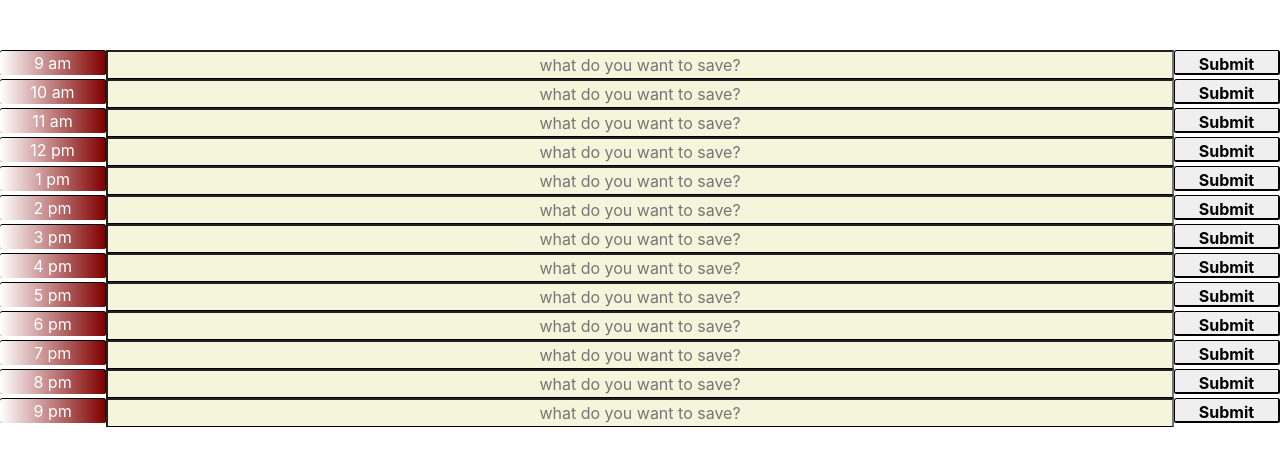
Repository: kkyler24/DayPlanner
Page: Index.html
The author's editor kept a copy of each file at every save. The page is drawn from the files as they stood at one save, then again after the next save.
The browser window is 1280 px wide. The pictures show the whole page.
Some web libraries are served in a nearby version.

Above is the page before, as saved 2020-03-31 13:53:08.
Console error: ReferenceError: textArr is not defined

### Index.html
<!DOCTYPE html>
<html lang="en">
<head>
    <meta charset="UTF-8">
    <meta name="viewport" content="width=device-width, initial-scale=1.0">
    <!-- Style Sheets -->
    <link rel="stylesheet" href="https://maxcdn.bootstrapcdn.com/bootstrap/4.0.0/css/bootstrap.min.css" integrity="sha384-Gn5384xqQ1aoWXA+058RXPxPg6fy4IWvTNh0E263XmFcJlSAwiGgFAW/dAiS6JXm" crossorigin="anonymous">
    <link rel="stylesheet" type="text/CSS" href="Assets/todocss/todostyles.css">
    <link rel="stylesheet"  type="text/CSS" href="style.css">
    <title>Planner</title>
</head>
<body>
<Main>

<!--Todolist todo list Set up -->
<Div style="display: none">
<Section>
    <div id="ContainerTodo">
        <H1>Today's To-Do List</H1>
        <input type="text">
        <ul>
            <li><span>X</span> Go to Gym</li>
            <li><span>X</span> Finish H.W</li>
            <li><span>X</span> Take over the World</li>
        </ul>


         </div>
 <!-- calendar set up -->
    <div class="container col-sm-4 col-md-7 col-lg-4 mt-5">
        <div class="card">
            <h3 class="card-header" id="monthAndYear"></h3>
            <table class="table table-bordered table-responsive-md" id="calendar">
                <thead>
                <tr>
                    <th>Sun</th>
                    <th>Mon</th>
                    <th>Tue</th>
                    <th>Wed</th>
                    <th>Thu</th>
                    <th>Fri</th>
                    <th>Sat</th>
                </tr>
                </thead>

                <tbody id="calendar-body">

                </tbody>
            </table>

            <div class="form-inline">

                <button class="btn btn-outline-primary col-sm-6" id="previous" onclick="previous()">Previous</button>

                <button class="btn btn-outline-primary col-sm-6" id="next" onclick="next()">Next</button>
            </div>
            <br/>
            <form class="form-inline">
                <label class="lead mr-2 ml-2" for="month">Jump To: </label>
                <select class="form-control col-sm-4" name="month" id="month" onchange="jump()">
                    <option value=0>Jan</option>
                    <option value=1>Feb</option>
                    <option value=2>Mar</option>
                    <option value=3>Apr</option>
                    <option value=4>May</option>
                    <option value=5>Jun</option>
                    <option value=6>Jul</option>
                    <option value=7>Aug</option>
                    <option value=8>Sep</option>
                    <option value=9>Oct</option>
                    <option value=10>Nov</option>
                    <option value=11>Dec</option>
                </select>


                <label for="year"></label><select class="form-control col-sm-4" name="year" id="year" onchange="jump()">

                <option value=2020>2020</option>
                <option value=2021>2021</option>
                <option value=2022>2022</option>
                <option value=2023>2023</option>
                <option value=2024>2024</option>
                <option value=2025>2025</option>
                <option value=2026>2026</option>
                <option value=2027>2027</option>
                <option value=2028>2028</option>
                <option value=2029>2029</option>
                <option value=2030>2030</option>
                <option value=2030>2030</option>
                <option value=2030>2030</option>
                <option value=2030>2030</option>
                <option value=2030>2030</option>
            </select></form>
        </div>
    </div>
    <!--<button name="jump" onclick="jump()">Go</button>-->
</sectiontwo>

<!-- <----Scheduler -->
</Div>
<div id="date"></div>
<div>
    <form onsubmit="timeSubmit(event)">
    <div class="column-small left">9 am</div>
    <input data-time="9"class="column-large middle" placeholder="what do you want to save?"/>
    <button type="submit" class="column-small right button"><strong>Submit</strong></button>
    </form>
    <form onsubmit="timeSubmit(event)">
    <div class="column-small left">10 am</div>
    <input data-time="10" class="column-large middle" placeholder="what do you want to save?">
    <button class="column-small right button"><strong>Submit</strong></button>
    </form>
    <form onsubmit="timeSubmit(event)">
    <div class="column-small left">11 am</div>
    <input data-time="11" class="column-large middle" placeholder="what do you want to save?">
    <button class="column-small right button"><strong>Submit</strong></button>
    </form>
    <form onsubmit="timeSubmit(event)">
    <div class="column-small left">12 pm</div>
    <input class="column-large middle" placeholder="what do you want to save?">
    <button class="column-small right button"><strong>Submit</strong></button>
    </form>
    <form onsubmit="timeSubmit(event)">
    <div class="column-small left">1 pm</div>
    <input class="column-large middle" placeholder="what do you want to save?">
    <button class="column-small right button"><strong>Submit</strong></button>
    </form>
    <form onsubmit="timeSubmit(event)">
    <div class="column-small left">2 pm</div>
    <input class="column-large middle" placeholder="what do you want to save?">
    <button class="column-small right button"><strong>Submit</strong></button>
    </form>
    <form onsubmit="timeSubmit(event)">
    <div class="column-small left">3 pm</div>
    <input class="column-large middle" placeholder="what do you want to save?">
    <button class="column-small right button"><strong>Submit</strong></button>
    </form>
    <form onsubmit="timeSubmit(event)">
    <div class="column-small left">4 pm</div>
    <input class="column-large middle" placeholder="what do you want to save?">
    <button class="column-small right button"><strong>Submit</strong></button>
    </form>
    <form onsubmit="timeSubmit(event)">
    <div class="column-small left">5 pm</div>
    <input class="column-large middle" placeholder="what do you want to save?">
    <button class="column-small right button"><strong>Submit</strong></button>
    </form>
    <form onsubmit="timeSubmit(event)">
    <div class="column-small left">6 pm</div>
    <input class="column-large middle" placeholder="what do you want to save?">
    <button class="column-small right button"><strong>Submit</strong></button>
    </form>
    <form onsubmit="timeSubmit(event)">
    <div class="column-small left">7 pm</div>
    <input class="column-large middle" placeholder="what do you want to save?">
    <button class="column-small right button"><strong>Submit</strong></button>
    </form>
    <form onsubmit="timeSubmit(event)">
    <div class="column-small left">8 pm</div>
    <input class="column-large middle" placeholder="what do you want to save?">
    <button class="column-small right button"><strong>Submit</strong></button>
    </form>
    <form onsubmit="timeSubmit(event)">
    <div class="column-small left">9 pm</div>
    <input class="column-large middle" placeholder="what do you want to save?">
    <button class="column-small right button"><strong>Submit</strong></button>
    </form>
      </div>

    </Div>
</Div>

</Main>

<script src="https://code.jquery.com/jquery-3.2.1.slim.min.js" integrity="sha384-KJ3o2DKtIkvYIK3UENzmM7KCkRr/rE9/Qpg6aAZGJwFDMVNA/GpGFF93hXpG5KkN" crossorigin="anonymous"></script>
<script src="https://cdnjs.cloudflare.com/ajax/libs/popper.js/1.12.9/umd/popper.min.js" integrity="sha384-ApNbgh9B+Y1QKtv3Rn7W3mgPxhU9K/ScQsAP7hUibX39j7fakFPskvXusvfa0b4Q" crossorigin="anonymous"></script>
<script src="https://maxcdn.bootstrapcdn.com/bootstrap/4.0.0/js/bootstrap.min.js" integrity="sha384-JZR6Spejh4U02d8jOt6vLEHfe/JQGiRRSQQxSfFWpi1MquVdAyjUar5+76PVCmYl" crossorigin="anonymous"></script>
<script <script src="https://cdnjs.cloudflare.com/ajax/libs/moment.js/2.24.0/moment.min.js"></script>
<script type="text/javascript" src="javascript.js"></script>
<script type="text/javascript" src="Assets/todo JS/todo.js"></script>
</body>
</html>

### Assets/todocss/todostyles.css
/* #ContainerTodo{
  border: 2px solid teal ;
  border-radius:10px ;
  width: 400px;
  margin-top:3rem;
  margin-left:200px ;
  float: left;

} */


Planner

.past{
  background-color: grey;
}
.present {
  background-color: red;
}
.future {
  background-color: green;
}
.column-small {
  flex-grow: 1;
  display: inline-block;
  text-align: center;
  height: 25px;
  width: 25px;
  border-top: 1px solid black;
  border-radius: 2.5px;
}
.column-large {
  flex-grow: 10;
  display: inline-block;
  text-align: center;
}
.left {
  border-right: 1px solid black;
  background-color: maroon;
  color: white;
  background-image: linear-gradient(to right, white, maroon);
}
.right {
  border-left: 1px solid black;
  cursor: pointer;
}
.middle {
  border-bottom: 1px solid black;
  background-color: beige;
}
#date {
  margin: auto;
  text-align: center;
  height: 50px;
  width: 50%;
  font-weight: bold;
  font-size: 1.3em;
}
form {
  display: flex;
}

### style.css
/* .container{
    margin-right: 150px;
    margin-top: 3rem;
    float: left;
    border: 2px solid teal;
    border-radius: 10px;
} */

### javascript.js
let today = new Date();
let currentMonth = today.getMonth();
let currentYear = today.getFullYear();
let selectYear = document.getElementById("year");
let selectMonth = document.getElementById("month");


let months = ["January", "February", "March", "April", "May", "June", "July", "August", "September", "October", "November", "December"];

let monthAndYear = document.getElementById("monthAndYear");
showCalendar(currentMonth, currentYear);

function showCalendar(month, year){

    let firstDay =(new Date(year, month)).getDay();
    let daysInMonth = 32- new Date(year, month, 32).getDate();

    // -->body of the Calendar<--
    let tbl = document.getElementById("calendar-body");


// -->clear previous cells, for new month<--
    tbl.innerHTML="";

    monthAndYear.innerHTML= months[months]+" "+ year;

    // --> create cells for Calendar<--
    let date = 1;
    for(let i = 0; i < 6; i++){
        let row  = document.createElement("tr");
        // --> creating table rows. not really sure about the 6 part. inquire why you need a 6 and not a 7-->

        // creating indivdual cells, and putting data in them.

        for(let j = 0; j < 7; j++){
            if(i===0 && j< firstDay){
                let cell = document.createElement("td");
                let cellText = document.createTextNode("");
                cell.appendChild(cellText);
                row.appendChild(cell);
            }
            else if(date > daysInMonth)
             { break;

        }
        else {
            let cell = document.createElement("td");
            let cellText = document.createTextNode(date);
            if(date ===today.getDate() && year === today.getFullYear() && month === today.getMonth()){
                cell.classList.add
                // --> bootstrap colors, try to get a wider variety of colors <--
                ("bg-info");
            }
            cell.appendChild(cellText);
            row.appendChild(cell);


        }
        date++;

        }

        tbl.appendChild(row);

    }

}

function previous(){
    currentYear =( currentMonth === 0)? currentYear -1 : currentYear;
    currentMonth = currentMonth === 0? 11:currentMonth-1;
    showCalendar(currentMonth, currentYear);
}

function next(){
    currentYear = (currentMonth ===11)? currentYear + 1: currentYear;
    currentMonth = (currentMonth + 1) % 12;
    showCalendar (currentMonth, currentYear);

}
// To do list set up

### Assets/todo JS/todo.js
// check off to do list items and change colors for different stages// in progress<--
$("li").dblclick(function () {
        if($(this).css("color") === "rgb(11, 209, 170)"){
            $(this).css({
                color: "gray",
                textDecoration: "line-through"
            });
        }
        else{
            $(this).css({
            color: "rgb(11, 209, 170)",
            textDecoration: "none",
            fontWeight: "bold"
        });
    }
});

$("li").click(function () {
    // if Li is grey how do we change it back to black?
    if($(this).css("color") === "rgb(128, 128, 128)"){
        $(this).css({
            color: "black",
            textDecoration: "none"
        });
    }
    else{
        $(this).css({
        color: "gray",
        textDecoration: "line-through"
    });
}
});

// --->planner<--

// var date = document.getElementById("date");
// var dateOfMonth = moment().date(String).local().format("dddd, MMMM Do YYYY");
// console.log(dateOfMonth)
// var presentTime;
// date.append(dateOfMonth);


// var dataInput;
// var key = new Object(); // {}
// //var key ={}

// var newElement;

// function timeSubmit(evt){
//     evt.preventDefault();
//     dataInput = evt.target.children[1].value;
//     key[evt.target.children[0].innerText] = dataInput;
//     localStorage.setItem(evt.target.innerText, dataInput);
//     console.log(key);
// }


// var left = document.getElementsByClassName("left");
// var timeArray = [...document.querySelectorAll('.left')];
// timeArray.forEach(function(element){
//     var time = $(element);
//     var times = time.siblings()[0];
//     var text = time.html();
//     if (text.length === 4){
//         text = text.slice(0,1);
//     } else if
//     (text.length === 5){
//         text = text.slice(0,2);
//     }
//     if (text > presentTime){
//         times.setAttribute("class", "future");
//     } else if (text < presentTime){
//         times.setAttribute("class", "past");
//     } else if (text === presentTime){
//         times.setAttribute("class", "present");
//     }
// })

// $('.left').each(element =>{

//     var time = $(element);
//     var times = time.siblings()[0];
//     var text = time.html();
//     if (text.length === 4){
//         text = text.slice(0,1);
//     } else if
//     (text.length === 5){
//         text = text.slice(0,2);
//     }
//     if (text > presentTime){
//         times.setAttribute("class", "future");
//     } else if (text < presentTime){
//         times.setAttribute("class", "past");
//     } else if (text === presentTime){
//         times.setAttribute("class", "present");
//     }
// } )
// var textAreas = [...document.querySelectorAll('.middle')];



// var presentTime = moment().format('h');


// textAreas.forEach(function(element){
//     var text = element.innerHTML;
//     console.log(element.target)

//     console.log()
//     if (text.length === 4){
//         text = text.slice(0,1);// grabs 1 value index 0
//     } else if
//     (text.length === 5){
//         text = text.slice(0,2);/// grab from index 0 up to 2 but not including 2
//     }
//     if (text > presentTime){

//     }
// })
// var text;
// var textArr = [];
// for (var i = 0; i < left.length; i++){
//     text = left[i].innerHTML;
//     if (text.length === 4){
//         text = text.slice(0,1);
//     } else if
//     (text.length === 5){
//         text = text.slice(0,2);
//     }
//     textArr.push(text);
// }
// presentTime = moment().format('hmm');
// textArr.forEach(function(element){
//     newElement = element.concat("00");
//     console.log(newElement);
// })



$('.middle').each(element => {
    console.log($(this).attr("data-time"))
    console.log(element.target);
})


textArr.forEach(function(time){
    if(presentTime > time){

    }
})

After the next save:
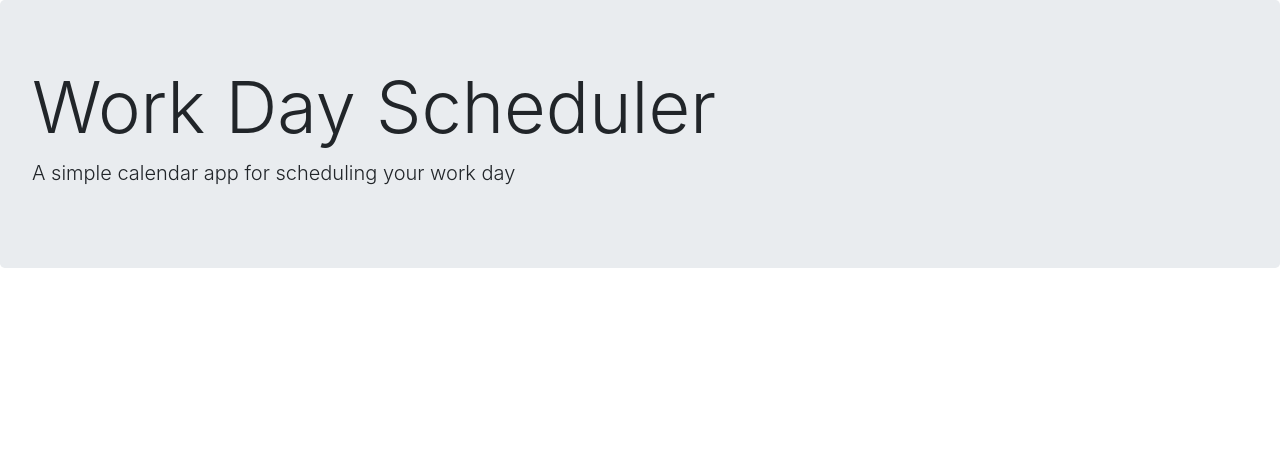
Saved 47 h 21 min later.
--- a/Index.html
+++ b/Index.html
@@ -11,6 +11,17 @@
 </head>
 <body>
 <Main>
+    <!-- <----Scheduler -->
+    <header class="jumbotron">
+        <h1 class="display-3">Work Day Scheduler</h1>
+        <p class="lead">A simple calendar app for scheduling your work day</p>
+        <p id="currentDay" class="lead"></p>
+    </header>
+      <div class="container">
+        <!-- Timeblocks go here -->
+      </div>
+
+
 
 <!--Todolist todo list Set up -->
 <Div style="display: none">
@@ -96,80 +107,6 @@
     <!--<button name="jump" onclick="jump()">Go</button>-->
 </sectiontwo>
 
-<!-- <----Scheduler -->
-</Div>
-<div id="date"></div>
-<div>
-    <form onsubmit="timeSubmit(event)">
-    <div class="column-small left">9 am</div>
-    <input data-time="9"class="column-large middle" placeholder="what do you want to save?"/>
-    <button type="submit" class="column-small right button"><strong>Submit</strong></button>
-    </form>
-    <form onsubmit="timeSubmit(event)">
-    <div class="column-small left">10 am</div>
-    <input data-time="10" class="column-large middle" placeholder="what do you want to save?">
-    <button class="column-small right button"><strong>Submit</strong></button>
-    </form>
-    <form onsubmit="timeSubmit(event)">
-    <div class="column-small left">11 am</div>
-    <input data-time="11" class="column-large middle" placeholder="what do you want to save?">
-    <button class="column-small right button"><strong>Submit</strong></button>
-    </form>
-    <form onsubmit="timeSubmit(event)">
-    <div class="column-small left">12 pm</div>
-    <input class="column-large middle" placeholder="what do you want to save?">
-    <button class="column-small right button"><strong>Submit</strong></button>
-    </form>
-    <form onsubmit="timeSubmit(event)">
-    <div class="column-small left">1 pm</div>
-    <input class="column-large middle" placeholder="what do you want to save?">
-    <button class="column-small right button"><strong>Submit</strong></button>
-    </form>
-    <form onsubmit="timeSubmit(event)">
-    <div class="column-small left">2 pm</div>
-    <input class="column-large middle" placeholder="what do you want to save?">
-    <button class="column-small right button"><strong>Submit</strong></button>
-    </form>
-    <form onsubmit="timeSubmit(event)">
-    <div class="column-small left">3 pm</div>
-    <input class="column-large middle" placeholder="what do you want to save?">
-    <button class="column-small right button"><strong>Submit</strong></button>
-    </form>
-    <form onsubmit="timeSubmit(event)">
-    <div class="column-small left">4 pm</div>
-    <input class="column-large middle" placeholder="what do you want to save?">
-    <button class="column-small right button"><strong>Submit</strong></button>
-    </form>
-    <form onsubmit="timeSubmit(event)">
-    <div class="column-small left">5 pm</div>
-    <input class="column-large middle" placeholder="what do you want to save?">
-    <button class="column-small right button"><strong>Submit</strong></button>
-    </form>
-    <form onsubmit="timeSubmit(event)">
-    <div class="column-small left">6 pm</div>
-    <input class="column-large middle" placeholder="what do you want to save?">
-    <button class="column-small right button"><strong>Submit</strong></button>
-    </form>
-    <form onsubmit="timeSubmit(event)">
-    <div class="column-small left">7 pm</div>
-    <input class="column-large middle" placeholder="what do you want to save?">
-    <button class="column-small right button"><strong>Submit</strong></button>
-    </form>
-    <form onsubmit="timeSubmit(event)">
-    <div class="column-small left">8 pm</div>
-    <input class="column-large middle" placeholder="what do you want to save?">
-    <button class="column-small right button"><strong>Submit</strong></button>
-    </form>
-    <form onsubmit="timeSubmit(event)">
-    <div class="column-small left">9 pm</div>
-    <input class="column-large middle" placeholder="what do you want to save?">
-    <button class="column-small right button"><strong>Submit</strong></button>
-    </form>
-      </div>
-
-    </Div>
-</Div>
-
 </Main>
 
 <script src="https://code.jquery.com/jquery-3.2.1.slim.min.js" integrity="sha384-KJ3o2DKtIkvYIK3UENzmM7KCkRr/rE9/Qpg6aAZGJwFDMVNA/GpGFF93hXpG5KkN" crossorigin="anonymous"></script>
